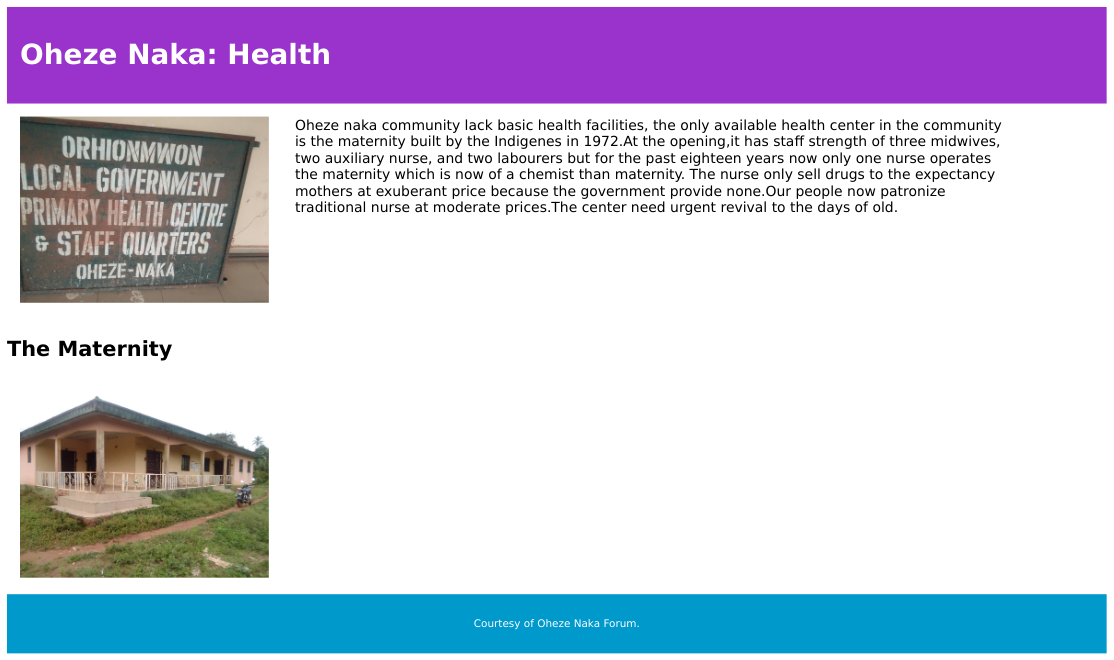
Repository: OtasowieRotimiOsifo/oheze-naka-forum
Page: maternity.html
An editor plug-in stored every save of this project. The page is shown before and after the next save, followed by the edit.
The browser window is 1280 px wide. The pictures show the whole page, at 87% of full size.

Above is the page before, as saved 2021-03-27 22:28:27.

After the next save:
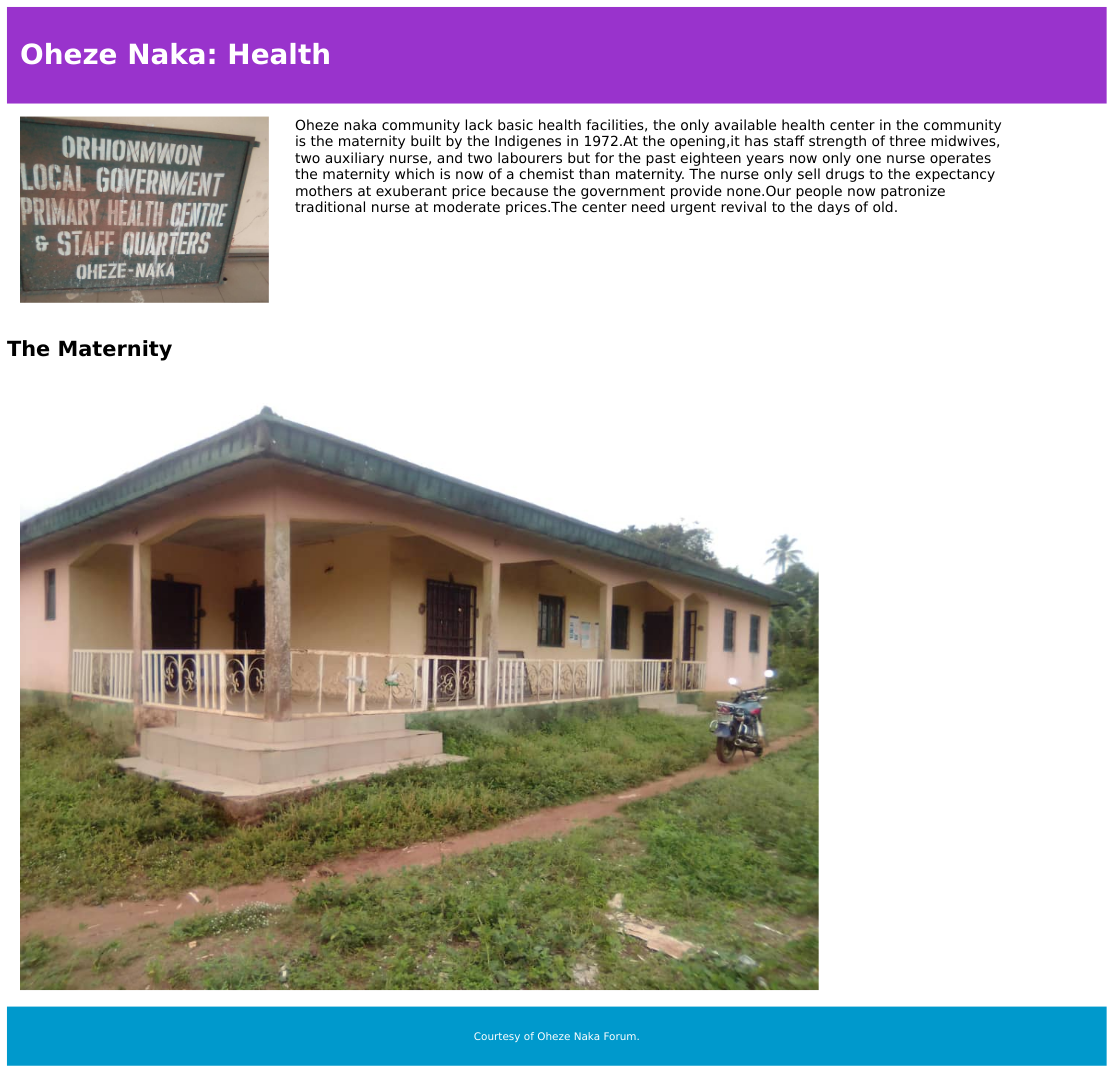
Saved 59 s later.
--- a/maternity.html
+++ b/maternity.html
@@ -128,7 +128,7 @@ html {
 </div>
 <div class="row">
   <h2>The Maternity</h2>
-  <div  class="col-3 col-s-3">
+  <div  class="col-9 col-s-9">
     <img src="img/maternity.jpeg"/>
 </div>
 </div>
